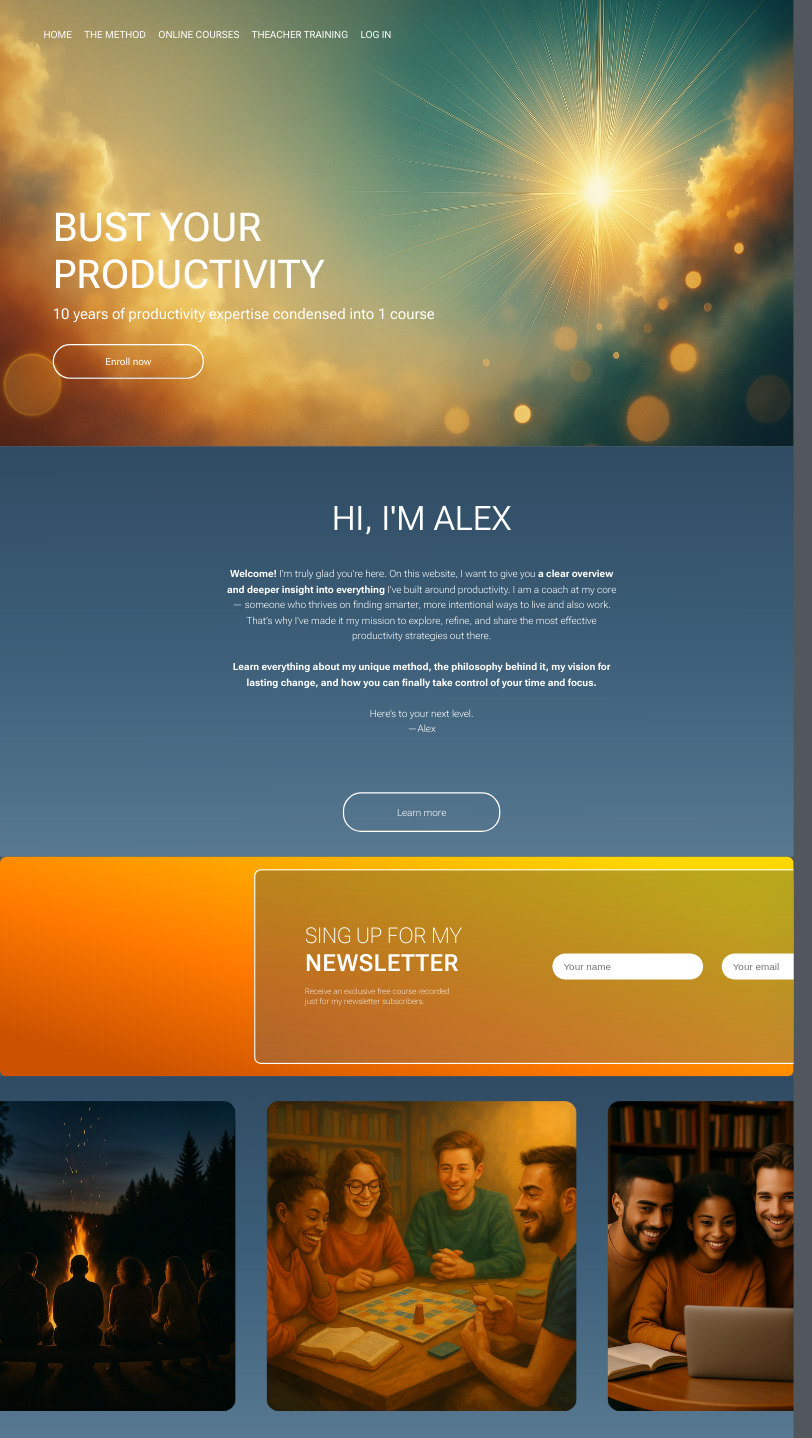
Repository: Parnicoza/testecomplete
Page: Productivity.copie.html
These files come from the project's save history. The page is drawn as it stood at one moment and after the next save; the edit follows.
The browser window is 1280 px wide. The page is 1310 px wide, so the pictures cover 1310 px, including what lies to the right of the window. The pictures show the whole page, at 62% of full size.

Above is the page before, as saved 2025-05-30 14:50:52.

After the next save:
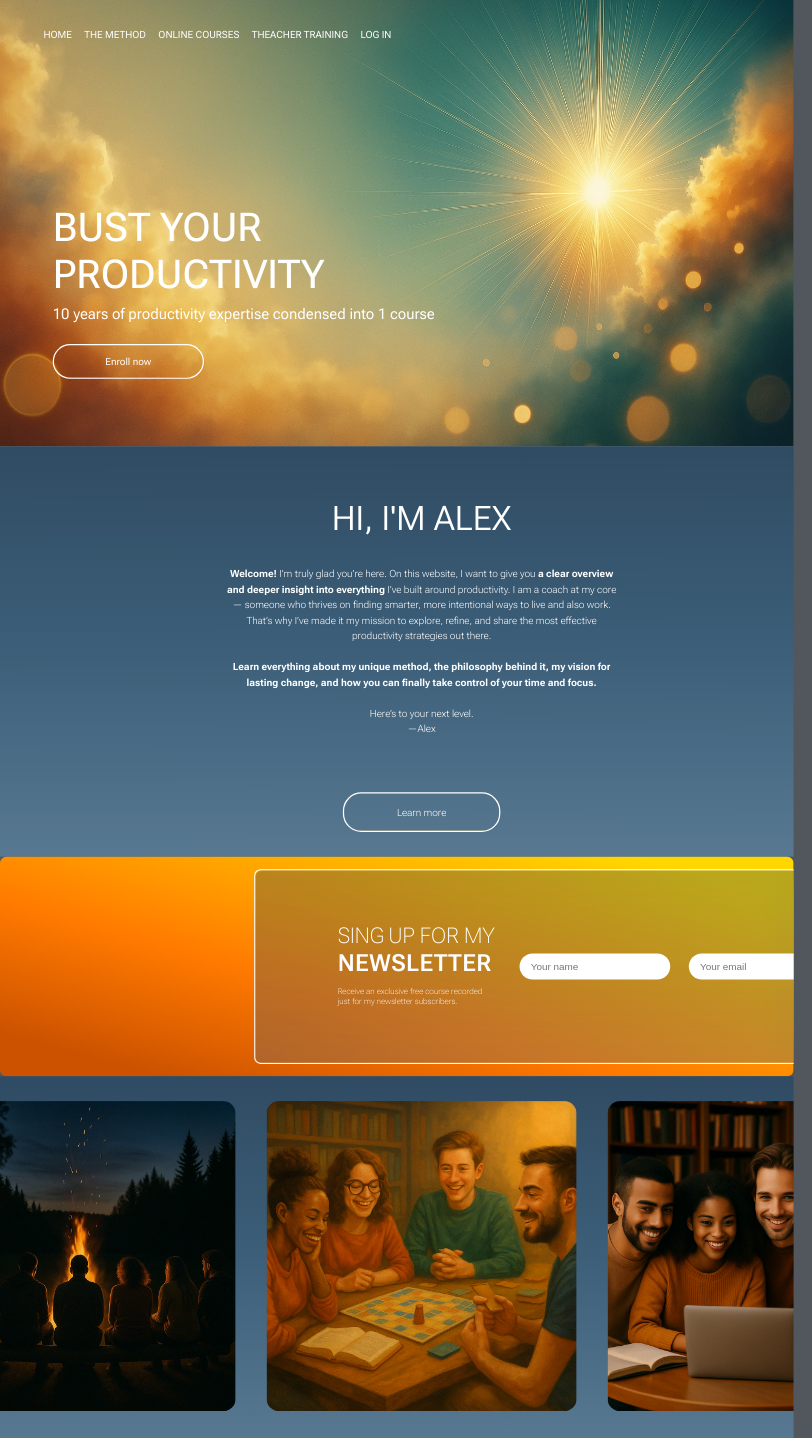
Saved 2 min 31 s later.
--- a/peoductivitate.css
+++ b/peoductivitate.css
@@ -195,12 +195,14 @@ nav{
 
 .newsletter-text{
     border: 2px solid white;
+    display: flex;
+    align-items: center;
+    justify-content: center;
     width: 90%;
     max-width: 1150px;
     margin: 20px auto;
     position: relative;
     border-radius: 10px;
-    margin-left: 425 px;
 }
 .text{
     margin: 50px;

After the save that followed:
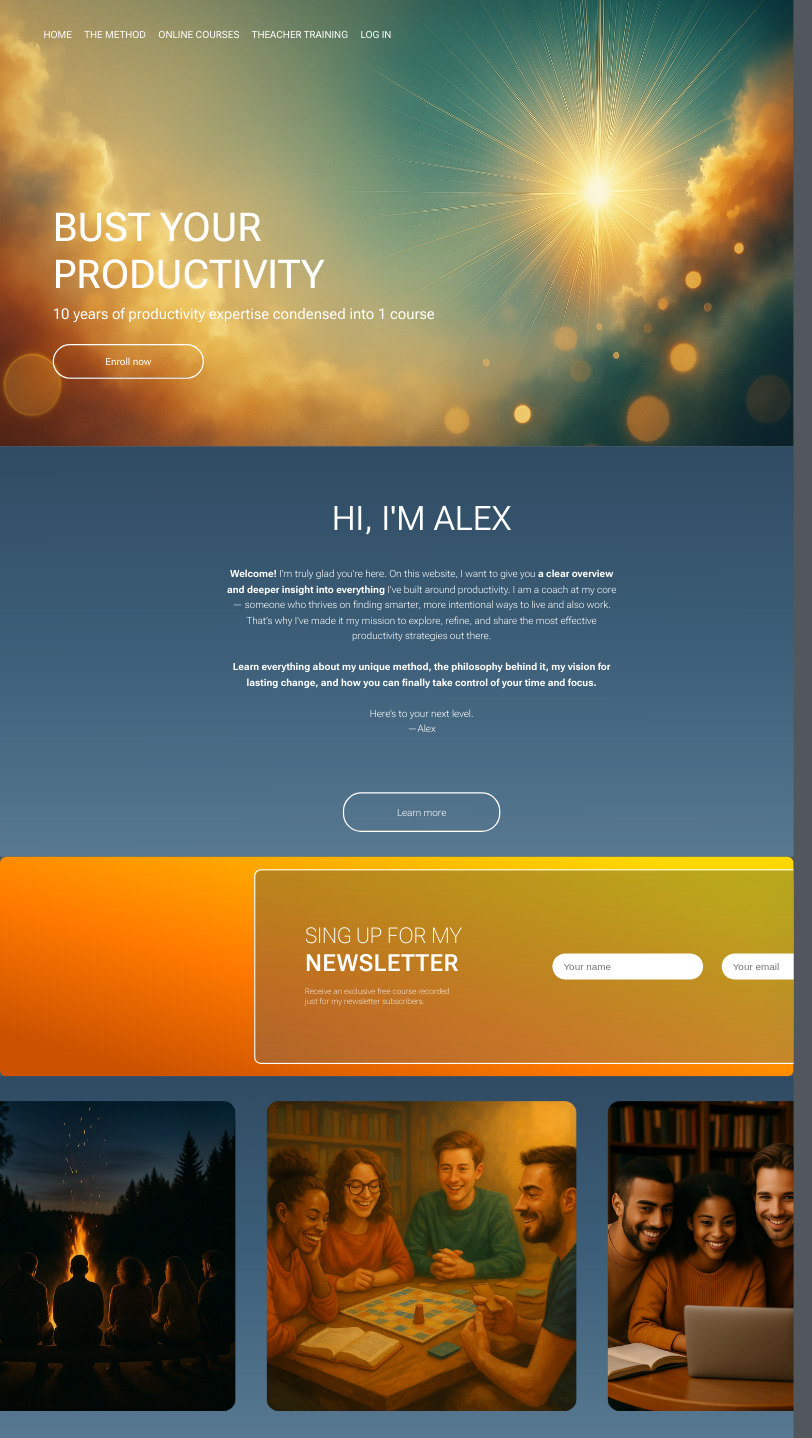
Saved 28 s later.
--- a/peoductivitate.css
+++ b/peoductivitate.css
@@ -195,14 +195,12 @@ nav{
 
 .newsletter-text{
     border: 2px solid white;
-    display: flex;
-    align-items: center;
-    justify-content: center;
     width: 90%;
     max-width: 1150px;
     margin: 20px auto;
     position: relative;
     border-radius: 10px;
+    margin-left: 425 px;
 }
 .text{
     margin: 50px;
